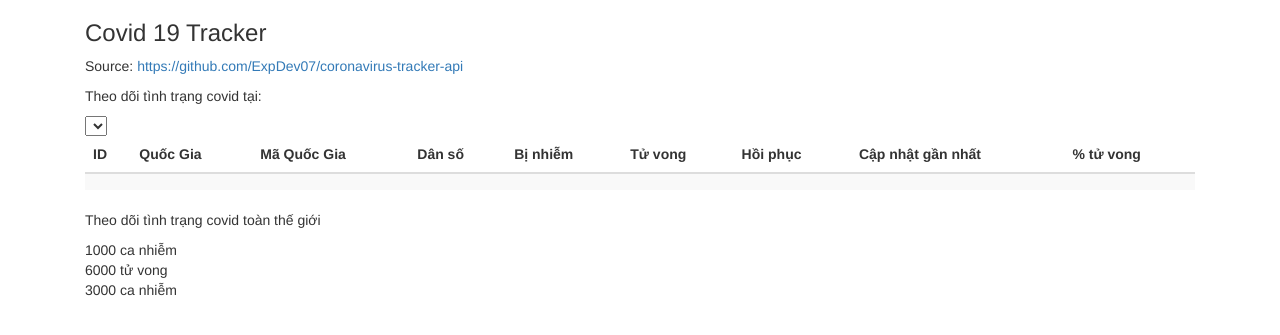
Repository: critdang/electro_store
Page: javascript_project/covid_tracker/index.html
The author's editor kept a copy of each file at every save. The page is drawn from the files as they stood at one save, then again after the next save.
The browser window is 1280 px wide. The pictures show the whole page.
The page's requests for data from a server got no answer.

Above is the page before, as saved 2021-09-26 14:35:35.
Console error (its wording comes from the project's code and is left out).

After the next save:
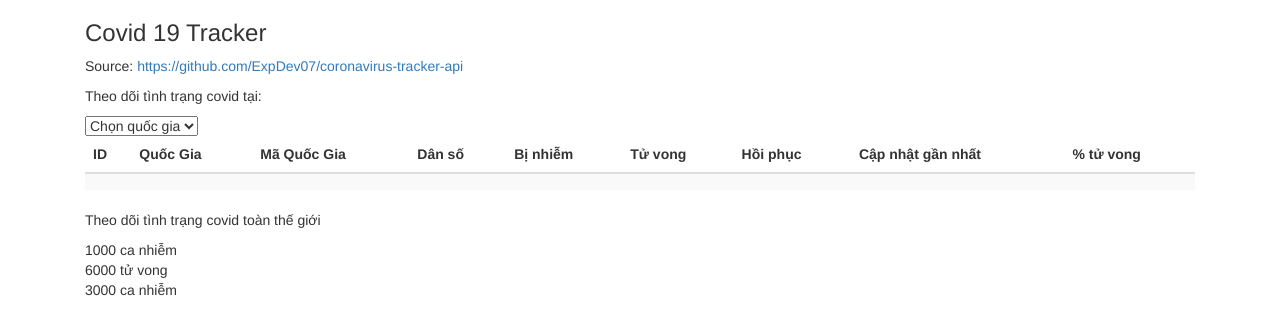
Saved 89 s later.
--- a/javascript_project/covid_tracker/index.html
+++ b/javascript_project/covid_tracker/index.html
@@ -34,7 +34,9 @@
             <p> Source: <a href="">https://github.com/ExpDev07/coronavirus-tracker-api</a></p>
 
             <p>Theo dõi tình trạng covid tại: <span id:"title"></span></p>
-            <select id="select_world"></select>
+            <select id="select_world">
+              <option value="">Chọn quốc gia</option>
+            </select>
             <table class="table table-striped">
                 <thead>
                   <tr>
